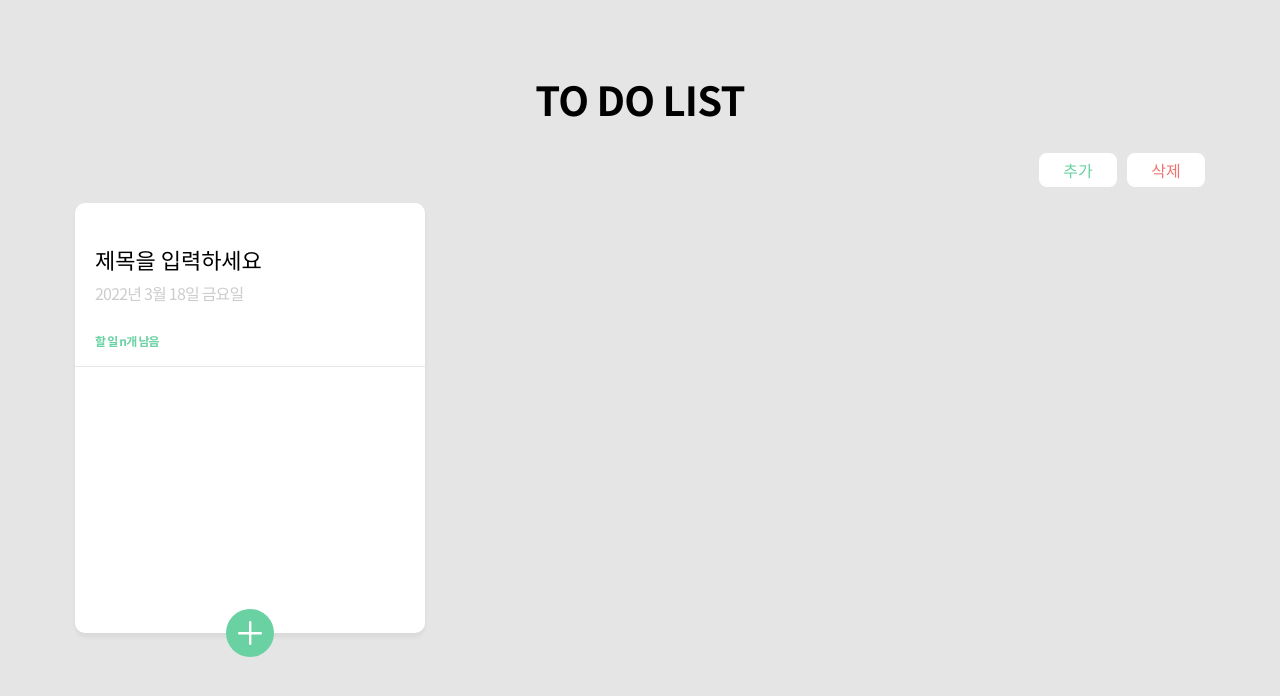
Repository: KIMSEOUNYOUNG/toDoList
Page: skin/main.html
These files come from the project's save history. The page is drawn as it stood at one moment and after the next save; the edit follows.
The browser window is 1280 px wide. The pictures show the whole page.

Above is the page before, as saved 2022-04-28 15:31:47.

### skin/main.html
<!DOCTYPE html>
<html lang="en">
<head>
    <meta charset="UTF-8">
    <meta http-equiv="X-UA-Compatible" content="IE=edge">
    <meta name="viewport" content="width=device-width, initial-scale=1.0">
    <title>To Do List</title>
    <!-- web font -->
    <link href="https://fonts.googleapis.com/css2?family=Noto+Sans+KR:wght@400;500;700&display=swap" rel="stylesheet">
    <!-- css -->
    <link rel="stylesheet" href="../resource/css/reset.css">
    <link rel="stylesheet" href="../resource/css/common.css">
    <link rel="stylesheet" href="../resource/css/style.css">
    <!-- js -->
    <script src="https://code.jquery.com/jquery-3.6.0.min.js"></script>
    <script src="../resource/js/main.js"></script>
</head>
<body>
    <div id="con" class="con">
        <div class="wrap">
            <h2 class="con_tit t_center">to do list</h2>
            <div class="btn_box">
                <button class="btn plus">추가</button>
                <button class="btn del ml_10">삭제</button>
                <button class="btn del chk ml_10">삭제</button>
            </div>
            <div class="row wp mb_75">

                <div class="col_8">

                    <label class="del_chk">
                        <input type="checkbox" disabled>
                        <div class="tdList_box">

                            <div class="tdList_tit_box">
                                <input type="text" class="tdList_tit bn p_0" placeholder="제목을 입력하세요">
                                <p class="tdList_date">2022년 3월 18일 금요일</p>
                                <div class="tdList_remain"><b>할 일 n개 남음</b></div>
                            </div>

                                <ul class="tdList_list_box">

                                    <!-- <li>
                                        <label for="toDoList" class="fm_ch">
                                            <input class="chBox" type="checkbox" name="" id="toDoList">
                                            <div id="td_result" class="tdList_list_txt">할 일을 적어봅시다.</div>
                                            <button class="list_del">
                                                <i class="icon_trash"></i>
                                            </button>
                                        </label>
                                    </li> -->

                                </ul>

                            <div class="txt_box toggle_on">
                                <form >
                                    <input type="text" style="display: none;">
                                    <!-- <input class="bn" id="td_add" type="text" onkeypress="if(window.event.keyCode == 13){tdPrint();}" placeholder="할 일을 입력 후, Enter를 누르세요."> -->
                                    <input class="bn" id="td_add" type="text" onkeypress="tdPrint()" placeholder="할 일을 입력 후, Enter를 누르세요." value="">
                                </form>
                            </div>
                            <div class="tdList_btn_box toggle_on">
                                <button class="tdList_btn">
                                    <i class="icon_plus"></i>
                                </button>
                            </div>

                        </div>
                    </label>

                </div>

            </div>
        </div>
    </div>
</body>
<script>
    // 입력 박스 이벤트
    const plusBtn = document.querySelectorAll(".tdList_btn");

    plusBtn.forEach(function(btn){
        btn.addEventListener("click", function(){
            var btnBox = btn.parentNode;
            var tdListBox = btnBox.parentNode;
            var toggleOn = $(tdListBox).children('.toggle_on');

            // console.log(toggleOn);
            $(toggleOn).toggleClass('on');
        });
    });

    // 모바일 클릭 이벤트
    var winWidth = window.innerWidth;

    var $tdBox = document.querySelectorAll('.tdList_box');

    $tdBox.forEach(function(el){

        if(winWidth <= 720){
            $(el).on('click', function(e){
                $(this).addClass('mob_on');
            });
        } else {
            $($tdBox).off('click').removeClass('mob_on');
        }
    });
    // // 리사이징
    window.addEventListener('resize', function(){
        var winWidth = window.innerWidth;

        var $tdBox = document.querySelectorAll('.tdList_box');

        $tdBox.forEach(function(el){

            if(winWidth <= 720){
                $(el).on('click', function(e){
                    $(this).addClass('mob_on');
                });
            } else {
                $($tdBox).off('click').removeClass('mob_on');
            }
        });
    });

    // toDoList 추가 이벤트
    function tdPrint(){
        var tdTxt = document.getElementById('td_add');

        if(window.event.keyCode == 13){
            var tdAdd = tdTxt.value;

            var tdLBox =  document.querySelector(".tdList_list_box");
            var newList = document.createElement("li");

            $(newList).append('<label for="toDoList" class="fm_ch"><input class="chBox" type="checkbox" name="" id="toDoList"><div id="td_result" class="tdList_list_txt">'+ tdAdd +'</div><button class="list_del"><i class="icon_trash"></i></button></label></li>');

            tdLBox.appendChild(newList);
        }
        tdTxt.value = null;
    }

    // tdList_box 삭제

    $('.btn.del:not(.chk)').on('click', function(){
        var boxNum = $tdBox.length;
        if(boxNum < 1){
            alert('삭제할 리스트가 없습니다.');
        } else {
            var $delChkBox = document.querySelectorAll('.del_chk > input');

            $(this).hide().siblings('.btn.del').show();

            $($delChkBox).removeAttr('disabled');

        }
    });

</script>
</html>

### resource/css/reset.css
/*
html5doctor.com Reset Stylesheet
v1.6.1
Last Updated: 2010-09-17
Author: Richard Clark - http://richclarkdesign.com
Twitter: @rich_clark
*/

/* color */
:root {
	--gray1: #e7e7e7;
	--gray2: #f5f5f5;
	--green: #69D1A2;
	--red: #ED7470;
}

html, body, div, span, object, iframe,
h1, h2, h3, h4, h5, h6, p, blockquote, pre,
abbr, address, cite, code,
del, dfn, em, img, ins, kbd, q, samp,
small, strong, sub, sup, var,
b, i,
dl, dt, dd, ol, ul, li,
fieldset, form, label, legend,
table, caption, tbody, tfoot, thead, tr, th, td,
article, aside, canvas, details, figcaption, figure,
footer, header, hgroup, menu, nav, section, summary,
time, mark, audio, video {
  margin: 0;
  padding: 0;
  border: 0;
  outline: 0;
  font-size: 100%;
  vertical-align: baseline;
  background: transparent;
}

article, aside, details, figcaption, figure,
footer, header, hgroup, menu, nav, section {
  display: block;
}

blockquote, q {
  quotes: none;
}

blockquote:before, blockquote:after,
q:before, q:after {
  content: "";
  content: none;
}

a {
  margin: 0;
  padding: 0;
  font-size: 100%;
  vertical-align: baseline;
  background: transparent;
  color: #222;
}

/* change colours to suit your needs */
ins {
  background-color: transparent;
  color: #000;
  text-decoration: none;
}

/* change colours to suit your needs */
mark {
  font-style: italic;
  line-height: initial;
}

del {
  text-decoration: line-through;
}

abbr[title], dfn[title] {
  border-bottom: 1px dotted;
  cursor: help;
}

table {
  border-collapse: collapse;
  border-spacing: 0;
}

/* change border colour to suit your needs */
hr {
  display: block;
  height: 1px;
  border: 0;
  border-top: 1px solid #cccccc;
  margin: 1em 0;
  padding: 0;
}

input, textarea {
  appearance: none;
  -webkit-appearance: none;
  -webkit-border-radius: 0;
}

input, select {
  vertical-align: middle;
}

input:-webkit-autofill:hover, input:-webkit-autofill:focus, input:-webkit-autofill:active {
  transition: background-color 5000s ease-in-out 0s;
  -webkit-transition: background-color 9999s ease-out;
  -webkit-box-shadow: 0 0 0px 1000px rgba(255, 255, 255, 0) inset !important;
}

select {
  font-family: inherit;
  -webkit-appearance: none;
  -moz-appearance: none;
  appearance: none;
  -webkit-border-radius: 0;
  -moz-border-radius: 0;
  -o-border-radius: 0;
  border-radius: 0;
}
select::-ms-expand {
  display: none;
}

ul, ol, li {
  list-style: none;
}

input {
  font-family: inherit;
  -webkit-appearance: none;
  -moz-appearance: none;
  appearance: none;
}

/* input box color */
input:-webkit-autofill {
  -webkit-box-shadow: 0 0 0 30px #ffffff inset;
  -webkit-t-fill-color: #000000;
}

input:-webkit-autofill, input:-webkit-autofill:hover,
input:-webkit-autofill:focus,
input:-webkit-autofill:active {
  transition: background-color 5000s ease-in-out 0s;
}

textarea {
  font-family: inherit;
}

input[type=button],
input[type=submit],
button {
  font-family: inherit;
  background: transparent;
  border: none;
  box-shadow: none;
  border-radius: 0;
  padding: 0;
  overflow: visible;
  cursor: pointer;
  color: inherit;
  -webkit-appearance: none;
  -moz-appearance: none;
  appearance: none;
}

button:active,
button:focus {
  outline: none;
}

img {
  -ms-interpolation-mode: bicubic !important;
}

html {
  font-size: 100%;
  -webkit-text-size-adjust: none;
  -ms-text-size-adjust: none;
  letter-spacing: -0.05em;
}

a {
  text-decoration: none;
  color: inherit;
}

* {
  box-sizing: border-box;
}
*:before, *:after {
  box-sizing: border-box;
}

/*# sourceMappingURL=reset.css.map */

### resource/css/common.css
@charset "UTF-8";

/* font */
html, body {
    font-family: "Noto Sans KR", sans-serif;
    background-color: #E5E5E5;
}

/* align */
.t_center {
    text-align: center;
}
/* font-size */

/* wrap */
.wrap {
    max-width: 1160px;
    width: 100%;
    margin: 0 auto;
    padding: 0 15px;
}

/* tit */
.con_tit {
    font-size: 40px;
    font-weight: 700;
    text-transform: uppercase;
    padding: 70px 0 25px;
}

/* flex wrap */
.row {
    display: flex;
    flex-direction: row;
    flex-wrap: wrap;
}
.row.wp {
    margin-top: -64px;
    margin-left: -20px;
    margin-right: -20px;
}
.row .col_8 {
    flex: 0 1 auto;
    width: 33.333333%;
    padding: 64px 20px 0 20px;
}

/* padding margin */
.p_0 {
    padding: 0;
}
.ml_10 {
    margin-left: 10px;
}
.mb_75 {
    margin-bottom: 75px;
}

/* button */
.btn {
    display: block;
    width: 78px;
    height: 34px;
    font-size: 1rem;
    border-radius: 8px;
    line-height: 34px;
    background-color: #fff;
    transition: background-color .3s, color .3s;
}
.btn.plus {
    color: var(--green);
}
.btn.plus:hover {
    background-color: var(--green);
    color: #fff;
}
.btn.del {
    color: var(--red);
}
.btn.del:hover {
    background-color: var(--red);
    color: #fff;
}
.btn.del.chk {
    background-color: var(--red);
    color: #fff;
    display: none;
}
/* input */
.bn {
    border: unset;
    outline: none;
}
/* checkbox */
.fm_ch {
    position: relative;
    width: 100%;
}
/* .fm_ch > input[type=text] {
    width: calc(100% - 39px);
} */
label {
    position: relative;
}
input[type=checkbox]{
    position: absolute;
    top: 0;
    left: 0;
    line-height: 0;
    font-size: 0;
    width: 0;
    height: 0;
    color: transparent;
    overflow: hidden;
    opacity: 0;
}
.del_chk input[type=checkbox]:checked + .tdList_box::after {
    display: block;
    box-shadow: 0 0 0 3px var(--red) inset;
    /* background-color: #eee; */
}
.fm_ch .chBox {
    position: relative;
    display: inline-block;
    vertical-align: middle;
    cursor: pointer;
    width: 24px;
    height: 24px;
    margin: unset;
    margin-right: 15px;
    opacity: 1;
}
.fm_ch .chBox::before,
.fm_ch .chBox::after {
    content: '';
    display: block !important;
    position: absolute;
    left: 50%;
    top: 50%;
    width: 100%;
    height: 100%;
    transform: translate(-50%, -50%);
    background-repeat: no-repeat;
    background-position: center center;
}
.fm_ch .chBox::before {
    border: 1px solid #ccc;
    border-radius: 50%;
}
.fm_ch .chBox::after{
    transform: translate(-50%, -50%) scale(0);
    background-image: url("data:[embedded picture, 209 characters]");
}
.fm_ch input[type=checkbox]:checked::before {
    border-color: var(--green);
}
.fm_ch input[type=checkbox]:checked::after {
    transform: translate(-50%, -50%) scale(1);
}
.fm_ch input[type=checkbox]:checked + .tdList_list_txt {
    color: #ccc;
}

/* icon */
i[class*=icon_], i[class^=icon_] {
    display: inline-block;
    text-align: center;
    text-indent: -9999px;
    font-size: 1px;
    overflow: hidden;
    width: 24px;
    height: 24px;
    background-position: center;
    background-repeat: no-repeat;
    background-size: auto;
    vertical-align: middle;
}
i.icon_plus {
    background-image: url("data:[embedded picture, 345 characters]");
    background-size: contain;
}
i.icon_chk {
    background-image: url("data:[embedded picture, 209 characters]");
    width: 14px;
    height: 12px;
    background-size: contain;
}
i.icon_trash {
    background-image: url("data:[embedded picture, 1091 characters]");
    width: 30px;
    height: 30px;
    background-size: contain;
}

### resource/css/style.css
.con {
    overflow: hidden;
}
.btn_box {
    position: relative;
    margin-left: auto;
    display: flex;
    align-items: center;
    justify-content: flex-end;
    margin-bottom: 16px;
    z-index: 5;
}

.tdList_box {
    position: relative;
    padding: 40px 20px;
    background-color: #fff;
    height: 430px;
    border-radius: 10px;
    box-shadow: 0 4px 4px 0 rgba(0, 0, 0, .05);
    /* overflow: hidden; */
}
.tdList_box::after {
    content: '';
    position: absolute;
    display: none;
    width: 100%;
    height: 100%;
    top: 0;
    left: 0;
    background-color: rgba(0, 0, 0, 0);
    border-radius: 10px;
    z-index: 100;
}
.tdList_box .tdList {
    width: 100%;
    height: 100%;
    overflow-x: hidden;
    overflow-y: auto;
}
.tdList_box .tdList_tit_box {
    position: relative;
    line-height: 1;
}
.tdList_box .tdList_tit_box::after {
    content: '';
    position: absolute;
    display: inline-block;
    width: calc(100% + 40px);
    height: 1px;
    background-color: var(--gray1);
    left: -20px;
    bottom: 0;
    z-index: 100;
}
.tdList_box .tdList_tit_box .tdList_tit {
    display: block;
    font-size: 22px;
    font-weight: 500;
    width: 100%;
    overflow: hidden;
    text-overflow: ellipsis;
    white-space: nowrap;
}
.tdList_box .tdList_tit_box .tdList_tit::placeholder {
    color: #000;
}
.tdList_box .tdList_tit_box .tdList_date {
    font-size: 14;
    font-weight: 400;
    color: #ccc;
    margin-top: 10px;
}
.tdList_box .tdList_tit_box .tdList_remain {
    font-size: 12px;
    color: var(--green);
    margin-top: 34px;
    padding-bottom: 20px;
}
.tdList_box .tdList_list_box {
    margin-top: 25px;
    width: 100%;
    height: 200px;
    overflow-x: hidden;
    overflow-y: auto;
}
.tdList_box .tdList_list_box::-webkit-scrollbar {
    width: 5px;
}
.tdList_box .tdList_list_box::-webkit-scrollbar-thumb {
    background-color: #bbb;
    border-radius: 10px;
}
.tdList_box .tdList_list_box::-webkit-scrollbar-track {
    background-color: #eee;
    border-radius: 10px;
}
.tdList_box .tdList_list_box li:not(:first-child) {
    margin-top: 15px;
}
.tdList_box .tdList_list_box li .fm_ch {
    position: relative;
    display: flex;
    align-items: center;
    justify-content: flex-start;
}
.tdList_box .tdList_list_box li label .tdList_list_txt {
    display: block;
    width: calc(100% - 69px);
    overflow: hidden;
    text-overflow: ellipsis;
    white-space: nowrap;
    font-size: 1rem;
}
.tdList_box .tdList_list_box li label .list_del {
    margin-left: auto;
    opacity: 0;
}
.tdList_box .tdList_list_box li:hover label .list_del {
    opacity: 1;
}
.tdList_box .txt_box {
    position: absolute;
    display: none;
    padding: 15px 30px;
    width: 100%;
    height: 90px;
    left: 0;
    bottom: 0;
    background-color: var(--gray2);
    border-radius: 0 0 10px 10px;
}
.tdList_box .txt_box.on {
    display: block;
}
.tdList_box .txt_box::after {
    content: '';
    position: absolute;
    display: inline-block;
    width: 100%;
    height: 1px;
    background-color: var(--gray1);
    top: 0;
    left: 0;
}
.tdList_box .txt_box input {
    width: 100%;
    padding: 12px 10px;
    border-radius: 3px;
    font-size: 12px;
}
.tdList_box .txt_box input::placeholder {
    color: #A1A1A1;
}
.tdList_box .tdList_btn_box {
    position: absolute;
    display: block;
    width: 48px;
    height: 48px;
    left: 50%;
    bottom: -48px;
    transform: translate(-50%, -24px);
    z-index: 10;
}
.tdList_box .tdList_btn_box .tdList_btn {
    display: flex;
    align-items: center;
    /* justify-content: center; */
    width: 100%;
    height: 100%;
    border-radius: 50%;
    background-color: var(--green);
}
.tdList_box .tdList_btn_box.on .tdList_btn {
    background-color: var(--red);
}
.tdList_box .tdList_btn_box .tdList_btn i {
    margin: 0 auto;
    transition: transform .3s;
}
.tdList_box .tdList_btn_box.on .tdList_btn i {
    transform: rotate(45deg);
}

/* 미디어 쿼리 */

@media screen and (max-width: 1160px){
    .tdList_box {
        height: 37.0690vw;
    }
}
@media screen and (max-width: 1024px){
    .row .col_8 {
        width: 50%;
    }
    .tdList_box {
        height: 54.3945vw;
    }
}
@media screen and (max-width: 720px){
    .row .col_8 {
        width: 100%;
    }
    .tdList_box {
        height: auto;
    }
    .tdList_box .tdList_tit_box::after {
        display: none;
    }
    .tdList_tit_box .tdList_remain {
        display: none;
    }
    .tdList_list_box {
        display: none;
        height: auto !important;
        margin-bottom: 70px;
    }
    .tdList_box .tdList_btn_box {
        display: none;
    }
    /* mob_on */
    .tdList_box.mob_on .tdList_tit_box::after {
        display: block;
    }
    .tdList_box.mob_on .tdList_remain {
        display: block;
    }
    .tdList_box.mob_on .tdList_list_box {
        display: block;
    }
    .tdList_box.mob_on .tdList_list_box label .list_del {
        opacity: 1;
    }
    .tdList_box.mob_on .txt_box {
        display: block;
    }
}

Loaded but not shown: resource/js/main.js (no stored copy; drawn as an empty file)

After the next save:
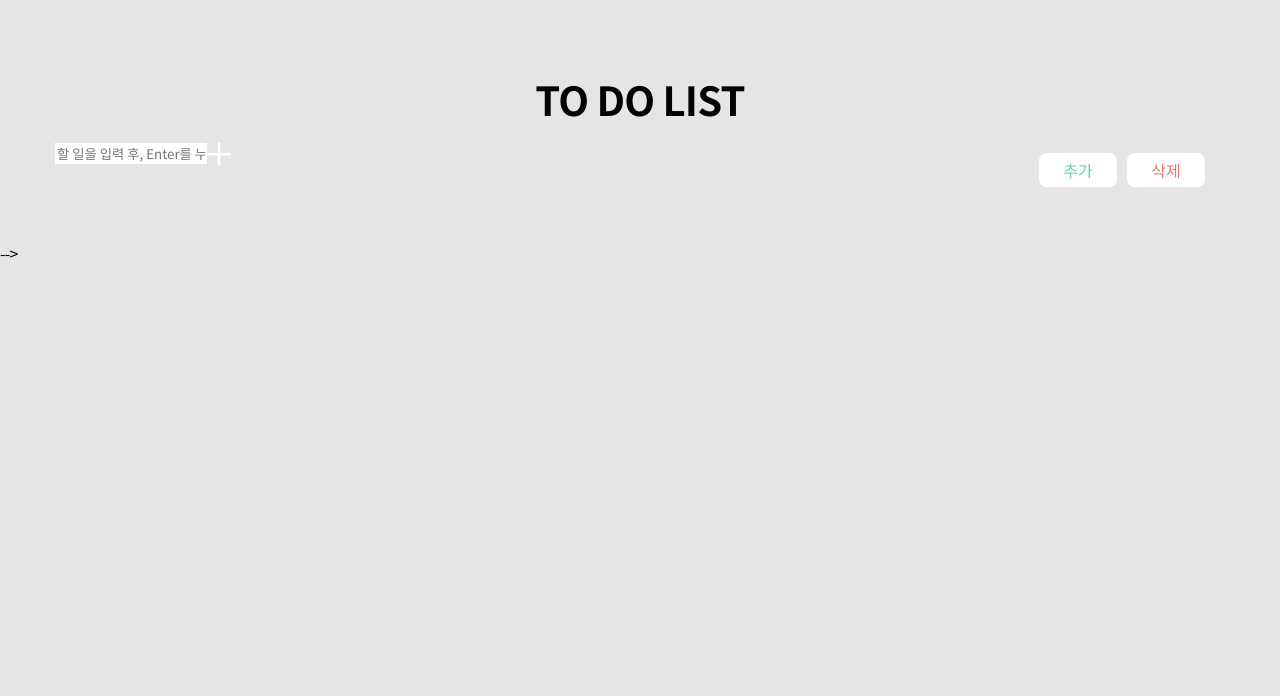
Saved 15 s later.
--- a/skin/main.html
+++ b/skin/main.html
@@ -26,7 +26,7 @@
             </div>
             <div class="row wp mb_75">
 
-                <div class="col_8">
+                <!-- <div class="col_8">
 
                     <label class="del_chk">
                         <input type="checkbox" disabled>
@@ -68,7 +68,7 @@
                         </div>
                     </label>
 
-                </div>
+                </div> -->
 
             </div>
         </div>

After the save that followed:
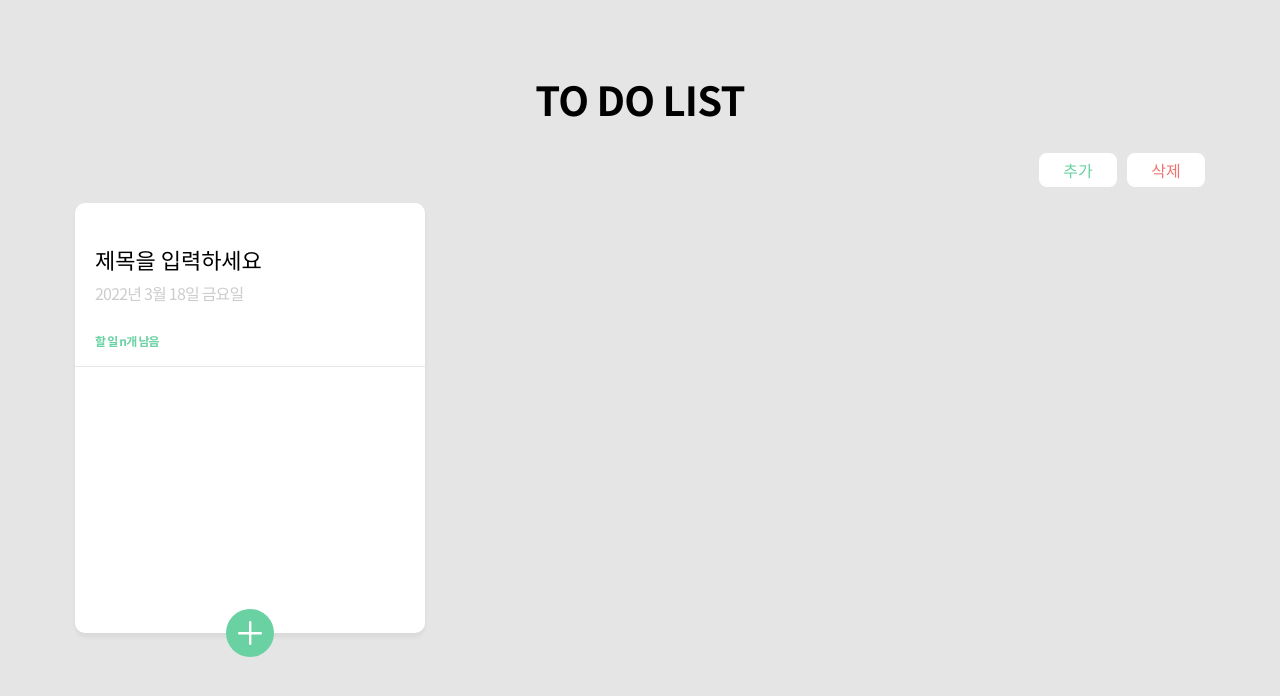
Saved 6 s later.
--- a/skin/main.html
+++ b/skin/main.html
@@ -26,7 +26,7 @@
             </div>
             <div class="row wp mb_75">
 
-                <!-- <div class="col_8">
+                <div class="col_8">
 
                     <label class="del_chk">
                         <input type="checkbox" disabled>
@@ -68,7 +68,7 @@
                         </div>
                     </label>
 
-                </div> -->
+                </div>
 
             </div>
         </div>
